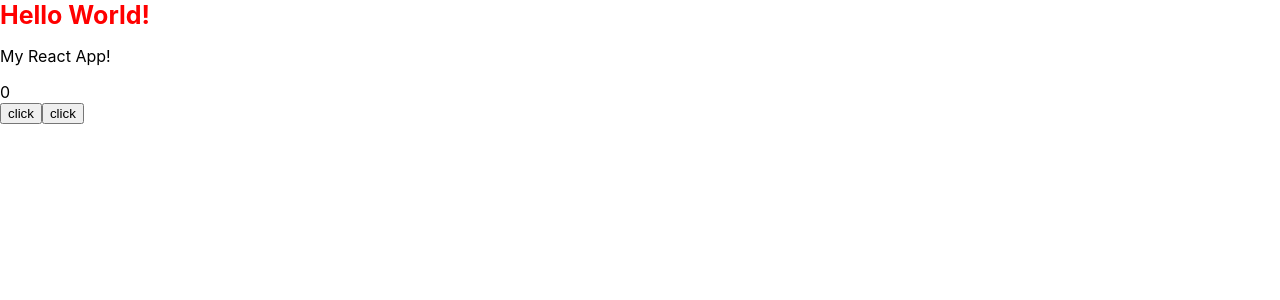
Repository: ruslan-horaiskyi/weatherApp
Page: /
These files come from the project's save history. The page is drawn as it stood at one moment and after a run of saves; the edit follows.
The browser window is 1280 px wide. The pictures show the whole page.
The project was rebuilt for these pictures with package versions that can differ from the ones it lists, and the page was loaded fresh each time.

Above is the page before, as saved 2023-04-20 16:46:58.

After the next 3 saves:
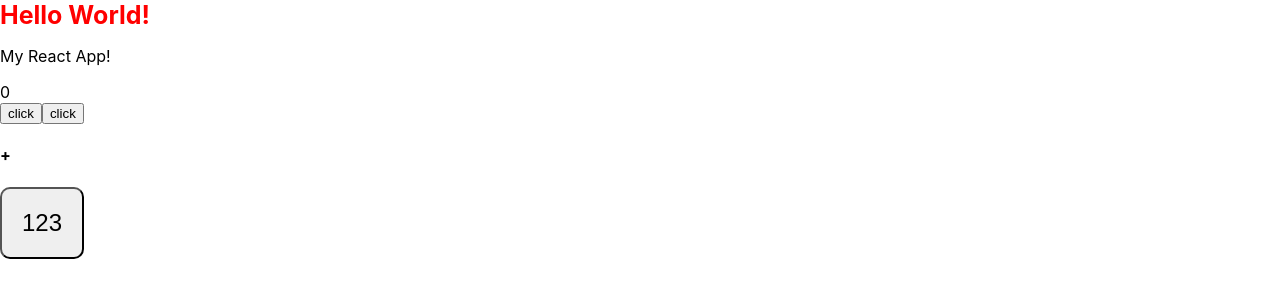
The 3 saves are shown as one change because 2 did not build or start.
The last was saved 43 s later.
--- a/src/components/Counter/Counter.jsx
+++ b/src/components/Counter/Counter.jsx
@@ -1,4 +1,5 @@
 import { useState } from "react";
+import Button from '../../components/Button/Button'
 
 export const Counter = () => {
   console.log("render Counter");
@@ -21,6 +22,7 @@ export const Counter = () => {
       >
         click
       </button>
+      <Button title={'+'} />
     </>
   );
 };
